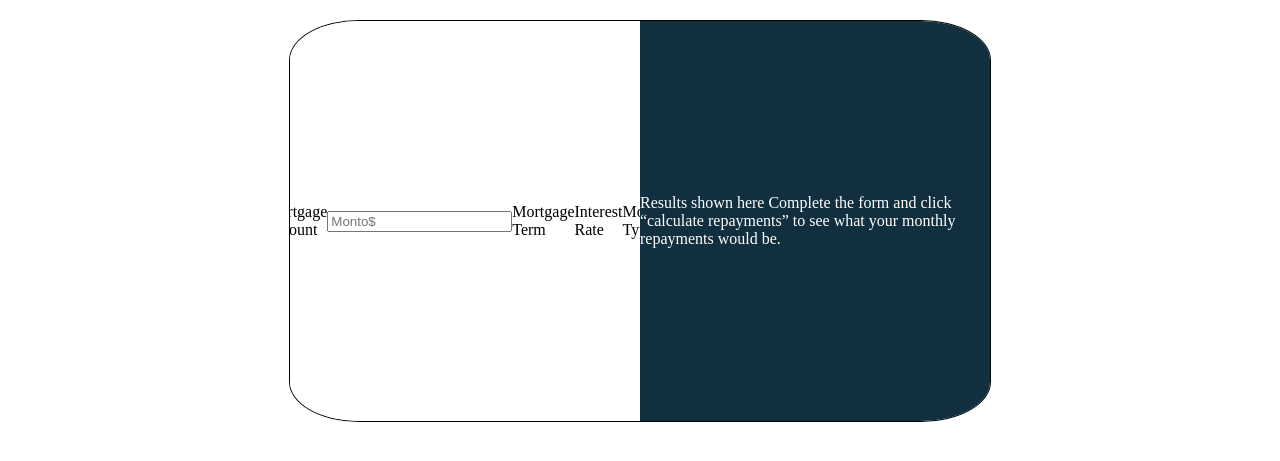
Repository: GravielPV/Mortgage-repayment-calculator
Page: index.html
These files come from the project's save history. The page is drawn as it stood at one moment and after the next save; the edit follows.
The browser window is 1280 px wide. The pictures show the whole page.

Above is the page before, as saved 2025-12-11 16:52:16.

### index.html
<!DOCTYPE html>
<html lang="en">
<head>
  <meta charset="UTF-8">
  <meta name="viewport" content="width=device-width, initial-scale=1.0"> <!-- displays site properly based on user's device -->

  <link rel="icon" type="image/png" sizes="32x32" href="./assets/images/favicon-32x32.png">
  <link rel="stylesheet" href="styles.css">
  <title>Frontend Mentor | Mortgage repayment calculator</title>


</head>
<body>
  <div class="carta">

    <div class="lado izquierdo">

 <h3> Mortgage Calculator </h3>
  <a href="#">Clear All</a>

  <label for="mortgage">Mortgage Amount</label>
<input type="text" name="mortgage" id="input-mortgage" placeholder="Monto$">
<label for="">Mortgage Term</label>
<label for=""> Interest Rate</label>
  <label for="">Mortgage Type</label>
  <input type="radio">
  Repayment
  Interest Only
    </input>

  Calculate Repayments
  </div>

  <!-- Empty results start -->

  <div class="lado derecho">

  Results shown here

  Complete the form and click “calculate repayments” to see what
  your monthly repayments would be.
  </div>

  <!-- Empty results end -->

  <!-- Completed results start -->

  <div class="resultado">
  Your results

  Your results are shown below based on the information you provided.
  To adjust the results, edit the form and click “calculate repayments” again.

  Your monthly repayments

  Total you'll repay over the term
  </div>

  </div>

  <!-- Completed results end -->

</body>
</html>

### styles.css
.carta{
    width: 700px;
    height: 400px;
display: flex;
margin: 20px auto;
border-radius: 10%;
border: 1px solid rgb(0, 0, 0);
 overflow: hidden;
}

.lado{
    width: 50%;
    display: flex;
    align-items: center;
    justify-content: center;
}

.izquierdo{
display: flex;
    background-color: rgb(255, 255, 255);
}

.derecho{

    background-color: hsl(202, 55%, 16%);
    color: white;
}

.resultado{
    display: none;
}

After the next save:
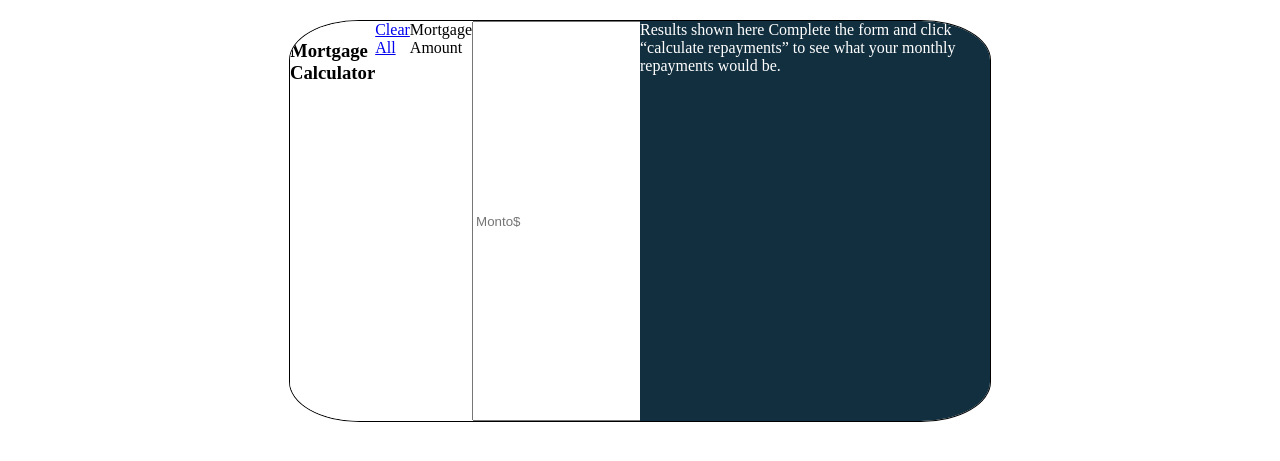
Saved 12 s later.
--- a/styles.css
+++ b/styles.css
@@ -10,9 +10,9 @@
 
 .lado{
     width: 50%;
-    display: flex;
+    /* display: flex;
     align-items: center;
-    justify-content: center;
+    justify-content: center; */
 }
 
 .izquierdo{

After the 3 saves that followed:
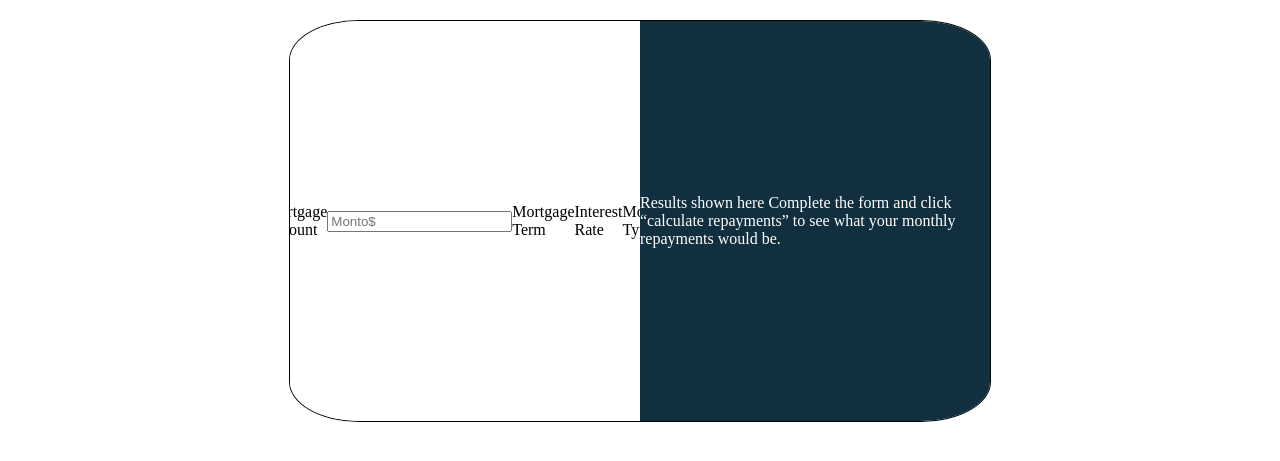
The 3 saves are shown as one change because they came seconds apart.
The last was saved 15 s later.
--- a/styles.css
+++ b/styles.css
@@ -10,9 +10,9 @@
 
 .lado{
     width: 50%;
-    /* display: flex;
+    display: flex;
     align-items: center;
-    justify-content: center; */
+    justify-content: center;
 }
 
 .izquierdo{
